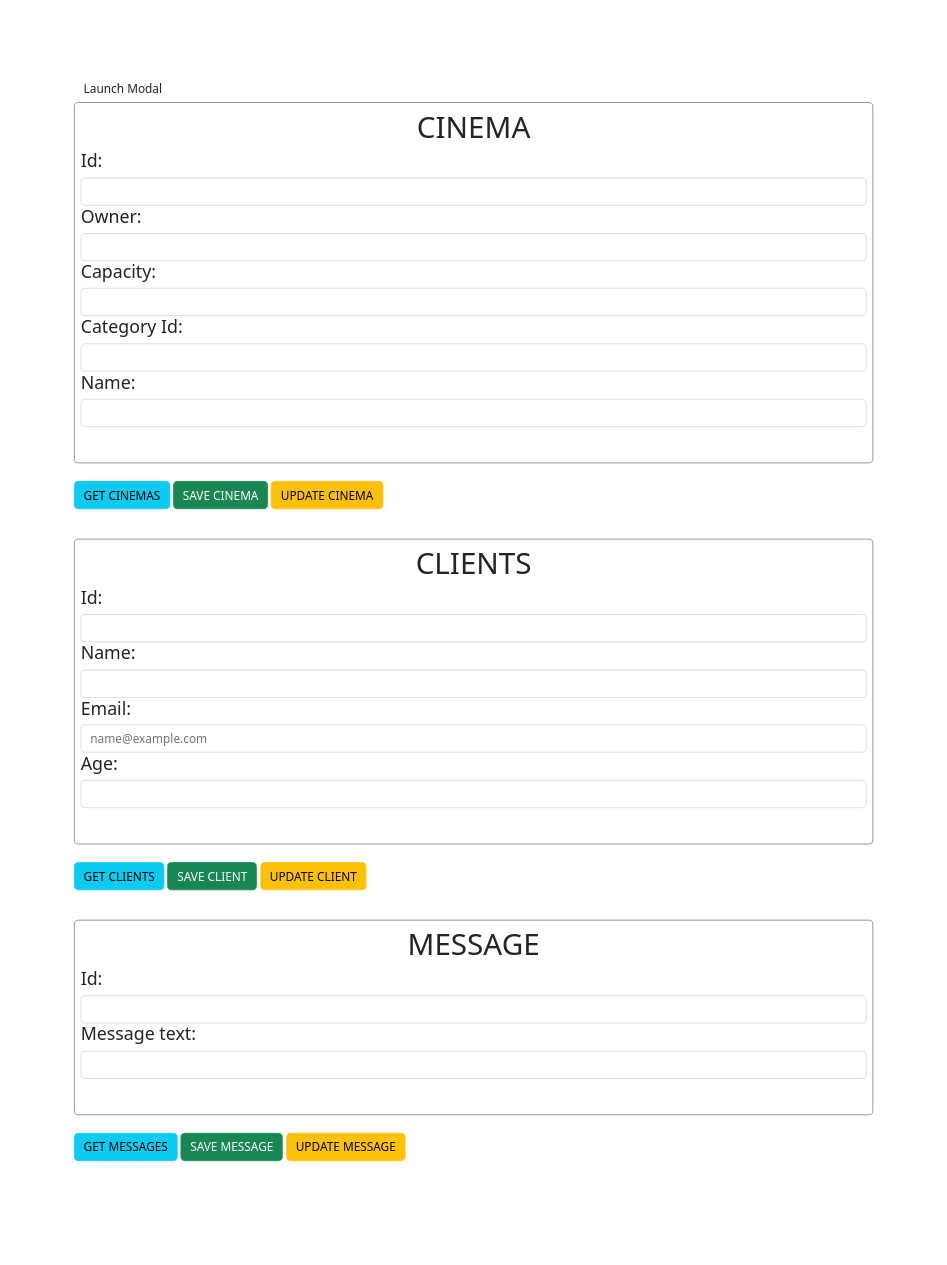
Repository: almendezl/MisionTIC
Page: index.html
These files come from the project's save history. The page is drawn as it stood at one moment and after the next save; the edit follows.
The browser window is 1280 px wide. The pictures show the whole page, at 74% of full size.

Above is the page before, as saved 2022-10-02 15:40:00.
Not found: bootbox.min.js

### index.html
<html lang="en">
<head>
    <meta charset="UTF-8">
    <meta http-equiv="X-UA-Compatible" content="IE=edge">
    <meta name="viewport" content="width=device-width, initial-scale=1.0">
    <link rel="stylesheet" href="styles.css">
    <title>MISION TIC 2022 RETO 2</title>
</head>
<!-- add jquery api -->
<script src="https://ajax.googleapis.com/ajax/libs/jquery/3.6.1/jquery.min.js"></script>
<!-- add bootstrap -->
<link href="https://cdn.jsdelivr.net/npm/bootstrap@5.2.1/dist/css/bootstrap.min.css" rel="stylesheet" integrity="sha384-iYQeCzEYFbKjA/T2uDLTpkwGzCiq6soy8tYaI1GyVh/UjpbCx/TYkiZhlZB6+fzT" crossorigin="anonymous">
<!-- add the file with the script -->
<script type="text/javascript" src="myScript.js"></script>
<!-- bootbox code -->
<script src="bootbox.min.js"></script>


<body>

    <a class="btn" data-toggle="modal" href="#myModal">Launch Modal</a>


<div class="modal hide" id="myModal"><!-- note the use of "hide" class -->
  <div class="modal-header">
    <button class="close" data-dismiss="modal">×</button>
    <h3>Modal header</h3>
  </div>
  <div class="modal-body">
    <p>One fine body…</p>
  </div>
  <div class="modal-footer">
    <a href="#" class="btn" data-dismiss="modal">Close</a><!-- note the use of "data-dismiss" -->
    <a href="#" class="btn btn-primary">Save changes</a>
  </div>
</div>
    <!-- cinema front -->
    <div class=" p-2 rounded border border-secondary" >
        <h1 class="text-center">CINEMA</h1>

        <form action="">
            <div class="form-group">
                <h4 class="label label-default" >Id: </h4>
                <input class="form-control" type="number" id="cinemaId">
            </div>

            <div class="form-group">
                <h4 class="label label-default" >Owner: </h4>
                <input class="form-control" type="text" id="cinemaOwner">
            </div>

            <div class="form-group">
                <h4 class="label label-default" >Capacity: </h4>
                <input class="form-control" type="number" id="cinemaCapacity" >
            </div>

            <div class="form-group">
                <h4 class="label label-default" >Category Id: </h4>
                <input class="form-control" type="number" id="cinemaCategory">
            </div>

            <div class="form-group">
                <h4 class="label label-default" >Name: </h4>
                <input class="form-control" type="text" id="cinemaName"><br>
            </div>

        </form>
    </div>
    <br>
    <div id="cinemaAlert">

    </div>



    <button class="btn btn-info" onclick="getCinemas()">GET CINEMAS</button>

    <button class="btn btn-success" onclick="setCinema()">SAVE CINEMA</button>

    <button class="btn btn-warning" onclick="updateCinema()">UPDATE CINEMA</button><br><br>


    <table class="table table-striped" id="cinemasList">


    </table>

    <!-- Clients front  -->
    <div class=" p-2 rounded border border-secondary" >
    <h1 class="text-center">CLIENTS</h1>
        <form action="">
            <div class="form-group">
                <h4 class="label label-default" >Id: </h4>
                <input class="form-control" type="number" id="clientId">
            </div>

            <div class="form-group">
                <h4 class="label label-default" >Name: </h4>
                <input class="form-control" type="text" id="clientName">
            </div>

            <div class="form-group">
                <h4 class="label label-default" >Email: </h4>
                <input class="form-control" type="text" id="clientEmail" placeholder="name@example.com">
            </div>

            <div class="form-group">
                <h4 class="label label-default" >Age: </h4>
                <input class="form-control" type="number" id="clientAge"><br>
            </div>

        </form>
    </div>
    <br>

    <div id="clientAlert">

    </div>



    <button class="btn btn-info" onclick="getClients()">GET CLIENTS</button>

    <button class="btn btn-success" onclick="setClient()">SAVE CLIENT</button>

    <button class="btn btn-warning" onclick="updateClient()">UPDATE CLIENT</button><br><br>


    <table class="table table-striped" id="clientsList">


    </table>

    <!-- Message front  -->
    <div class=" p-2 rounded border border-secondary" >
        <h1 class="text-center">MESSAGE</h1>

        <form action="" >
            <div class="form-group">
                <h4 class="label label-default" >Id: </h4>
                <input class="form-control" type="number" id="messageId">
            </div>

            <div class="form-group">
                <h4 class="label label-default" >Message text: </h4>
                <input class="form-control" type="text" id="messageText"><br>
            </div>


        </form>
    </div>
    <br>

    <div id="messageAlert">

    </div>



    <button class="btn btn-info" onclick="getMessages()">GET MESSAGES</button>

    <button class="btn btn-success" onclick="setMessage()">SAVE MESSAGE</button>

    <button class="btn btn-warning" onclick="updateMessage()">UPDATE MESSAGE</button><br><br>


    <table class="table table-striped" id="messagesList">


    </table>

    <!-- Modal eliminar-->
<div class="modal fade" id="exampleModal" tabindex="-1" role="dialog" aria-labelledby="exampleModalLabel" aria-hidden="true">
    <div class="modal-dialog" role="document">
      <div class="modal-content">
        <div class="modal-header">
          <h5 class="modal-title" id="exampleModalLabel">Delete</h5>
          <button type="button" class="close" data-dismiss="modal" aria-label="Close">
            <span aria-hidden="true">&times;</span>
          </button>
        </div>
        <div class="modal-body">
          ...
        </div>
        <div class="modal-footer">
          <button type="button" class="btn btn-secondary" data-dismiss="modal">Close</button>
          <button type="button" class="btn btn-primary">Delete</button>
        </div>
      </div>
    </div>
  </div>

</body>
</html>

### styles.css
body {

    padding: 100px 100px;
  }

### myScript.js
let urlCinema = "https://gbc0751b79176df-fy68ude9ajgxmklv.adb.us-ashburn-1.oraclecloudapps.com/ords/admin/cinema/cinema";
let urlClient = "https://gbc0751b79176df-fy68ude9ajgxmklv.adb.us-ashburn-1.oraclecloudapps.com/ords/admin/client/client";
let urlMessage = "https://gbc0751b79176df-fy68ude9ajgxmklv.adb.us-ashburn-1.oraclecloudapps.com/ords/admin/message/message";

let modalDelete ="data-toggle='modal' data-target='#messageModal'";
/**
 * ----------------CINEMAS ---------------------
 */

function prueba(){
    bootbox.alert("Hello world!");
}
function getCinemas(){

    $.ajax({
        url:  urlCinema,
        type: 'GET',
        dataType: 'json',

        success: function(cinemas){
            console.log(cinemas);
            let cs= cinemas.items;
            //$('#clientsList').append("<h2>Clients List</h2>");
            $('#cinemasList').empty();
            if(cs.length > 0){

                $('#cinemasList').append("<thead><tr><th scope='col'>Id</th><th scope='col'>Owner</th><th scope='col'>Capacity</th><th scope='col'>Category Id</th> <th scope='col'>Name</th><th scope='col'>Option</th></tr></thead><tbody></tbody>");
                for(i = 0; i<cs.length; i++){

                    $('#cinemasList').append("<tr><th scope='row'>"+cs[i].id+"</th><td>"+cs[i].owner+"</td><td>"+cs[i].capacity+"</td><td>"+cs[i].category_id+"</td><td>"+cs[i].name+"</td><td>"+"<button class='btn btn-danger' onclick='prueba()' data-toggle='modal' data-target='#messageModal'>DELETE</button></td></tr>");

                }
            }else{
                $('#cinemasList').append("<h4 class='text-center'>No entries</h4>");
            }

        },
        error: function(xhr, status){
            alert("A problem has occurred");
        },
        complete: function(xhr, status){
            //alert("Request made");
        }
    });

}

function setCinema(){

    let id = $("#cinemaId").val();
    let owner = $("#cinemaOwner").val();
    let capacity = $("#cinemaCapacity").val();
    let category = $("#cinemaCategory").val();
    let name = $("#cinemaName").val();

    $("#cinemaAlert").empty();
    if (id != "" && owner != "" && capacity != "" && category != "" && name != ""){
        let data = {
            id: id,
            owner: owner,
            capacity: capacity,
            category_id: category,
            name: name

        };

        let dataToSend = JSON.stringify(data);

        console.log(dataToSend);

        $.ajax({
            url: urlCinema,
            type: 'POST',
            //dataType: 'json',
            data: dataToSend,
             contentType: "application/json",

            success: function(json){
                console.log(json);
                //Clean the inputs
                $("#cinemaId").val('');
                $("#cinemaOwner").val('');
                $("#cinemaCapacity").val('');
                $("#cinemaCategory").val('');
                $("#cinemaName").val('');
                getCinemas();
            },
            error: function(xhr, status){
                //alert("A problem has occurred");

            },
            complete: function(xhr, status){
                //alert("Request made");

            }
        });

    }else{
        $("#cinemaAlert").append("<div class='alert alert-danger' role='alert'>There can be no empty fields!</div>");
    }



}

function updateCinema(){
    let id = $("#cinemaId").val();
    let owner = $("#cinemaOwner").val();
    let capacity = $("#cinemaCapacity").val();
    let category = $("#cinemaCategory").val();
    let name = $("#cinemaName").val();

    let data = {
        id: id,
        owner: owner,
        capacity: capacity,
        category_id: category,
        name: name

    };

    let dataToSend = JSON.stringify(data);

    console.log(dataToSend);

    $.ajax({
        url: urlCinema,
        type: 'PUT',
        //dataType: 'json',
        data: dataToSend,
        contentType: "application/json",

        success: function(json){
            console.log(json);
            //Clean the inputs
            $("#cinemaId").val('');
            $("#cinemaOwner").val('');
            $("#cinemaCapacity").val('');
            $("#cinemaCategory").val('');
            $("#cinemaName").val('');
            getCinemas();
        },
        error: function(xhr, status){
            //alert("A problem has occurred");

        },
        complete: function(xhr, status){
            //alert("Request made");

        }
    });
}

function deleteCinema(cinemaId){


    let data = {
        id: cinemaId

    };

    let dataToSend = JSON.stringify(data);

    console.log(dataToSend);

    $.ajax({
        url: urlCinema,
        type: 'DELETE',
        //dataType: 'json',
        data: dataToSend,
        contentType: "application/json",

        success: function(json){
            console.log(json);
            //Clean the inputs
            $("#cinemaId").val('');
            $("#cinemaOwner").val('');
            $("#cinemaCapacity").val('');
            $("#cinemaCategory").val('');
            $("#cinemaName").val('');
            getCinemas();
        },
        error: function(xhr, status){
            //alert("A problem has occurred");

        },
        complete: function(xhr, status){
            //alert("Request made");

        }
    });
}

/**
 * ----------------CLIENTS ---------------------
 */

function getClients(){

    $.ajax({
        url: urlClient,
        type: 'GET',
        dataType: 'json',

        success: function(clients){
            console.log(clients);
            let cs= clients.items;
            //$('#clientsList').append("<h2>Clients List</h2>");
            $('#clientsList').empty();
            if(cs.length > 0){
                $('#clientsList').append("<thead><tr><th scope='col'>Id</th><th scope='col'>Name</th><th scope='col'>Email</th><th scope='col'>Age</th> <th scope='col'>Option</th></tr></thead><tbody></tbody>");
                for(i = 0; i<cs.length; i++){
                    //$('#clientsList').append("<b>"+cs[i].id+" "+cs[i].name+" </b> "+cs[i].email+"   <button class='btn btn-danger'    onclick='deleteClient("+cs[i].id+")'>DELETE</button>"+"<br>");
                    $('#clientsList').append("<tr><th scope='row'>"+cs[i].id+"</th><td>"+cs[i].name+"</td><td>"+cs[i].email+"</td><td>" +cs[i].age+"</td><td>"+"<button class='btn btn-danger' onclick='deleteClient("+cs[i].id+")'>DELETE</button></td></   tr>");

                }
            }else{
                $('#clientsList').append("<h4 class='text-center'>No entries</h4>");
            }

        },
        error: function(xhr, status){
            alert("A problem has occurred");
        },
        complete: function(xhr, status){
            //alert("Request made");
        }
    });

}

function setClient(){

    let clientId = $("#clientId").val();
    let clientName = $("#clientName").val();
    let clientEmail = $("#clientEmail").val();
    let clientAge = $("#clientAge").val();
    $("#clientAlert").empty();

    if(clientId != '' && clientName != '' && clientEmail != '' && clientAge != '' ){
        let data = {
            id: clientId,
            name: clientName,
            email: clientEmail,
            age: clientAge

        };

        let dataToSend = JSON.stringify(data);

        console.log(dataToSend);

        $.ajax({
            url: urlClient,
            type: 'POST',
            //dataType: 'json',
            data: dataToSend,
             contentType: "application/json",

            success: function(json){
                console.log(json);
                //Clean the inputs
                $("#clientId").val('');
                $("#clientName").val('');
                $("#clientEmail").val('');
                $("#clientAge").val('');
                getClients();
            },
            error: function(xhr, status){
                //alert("A problem has occurred");

            },
            complete: function(xhr, status){
                //alert("Request made");

            }
        });
    } else{
        $("#clientAlert").append("<div class='alert alert-danger' role='alert'>There can be no empty fields!</div>");
    }





}

function updateClient(){
    let clientId = $("#clientId").val();
    let clientName = $("#clientName").val();
    let clientEmail = $("#clientEmail").val();
    let clientAge = $("#clientAge").val();

    let data = {
        id: clientId,
        name: clientName,
        email: clientEmail,
        age: clientAge

    };

    let dataToSend = JSON.stringify(data);

    console.log(dataToSend);

    $.ajax({
        url:urlClient,
        type: 'PUT',
        //dataType: 'json',
        data: dataToSend,
        contentType: "application/json",

        success: function(json){
            console.log(json);
            //Clean the inputs
            $("#clientId").val('');
            $("#clientName").val('');
            $("#clientEmail").val('');
            $("#clientAge").val('');
            getClients();
        },
        error: function(xhr, status){
            //alert("A problem has occurred");

        },
        complete: function(xhr, status){
            //alert("Request made");

        }
    });
}

function deleteClient(clientId){


    let data = {
        id: clientId

    };

    let dataToSend = JSON.stringify(data);

    console.log(dataToSend);

    $.ajax({
        url:urlClient,
        type: 'DELETE',
        //dataType: 'json',
        data: dataToSend,
        contentType: "application/json",

        success: function(json){
            console.log(json);
            //Clean the inputs
            $("#clientId").val('');
            $("#clientName").val('');
            $("#clientEmail").val('');
            $("#clientAge").val('');
            getClients();
        },
        error: function(xhr, status){
            //alert("A problem has occurred");

        },
        complete: function(xhr, status){
            //alert("Request made");

        }
    });
}

/**
 * ----------------MESSAGE ---------------------
 */

 function getMessages(){

    $.ajax({
        url: urlMessage,
        type: 'GET',
        dataType: 'json',

        success: function(clients){
            console.log(clients);
            let cs= clients.items;
            //$('#clientsList').append("<h2>Clients List</h2>");
            $('#messagesList').empty();
           if(cs.length > 0){
                $('#messagesList').append("<thead><tr><th scope='col'>Id</th><th scope='col'>Message text</th><th scope='col'>Option</th></tr></thead><tbody></tbody>");
                 for(i = 0; i<cs.length; i++){

                     $('#messagesList').append("<tr><th scope='row'>"+cs[i].id+"</th><td>"+cs[i].messagetext+"</td><td>"+"<button       class='btn btn-danger' onclick='deleteMessage("+cs[i].id+")'>DELETE</button></td></tr>");

                 }
           }else{
            $('#messagesList').append("<h4 class='text-center'>No entries</h4>");
           }

        },
        error: function(xhr, status){
            alert("A problem has occurred");
        },
        complete: function(xhr, status){
            //alert("Request made");
        }
    });

}

function setMessage(){
    let id = $("#messageId").val();
    let messageText = $("#messageText").val();
    $("#messageAlert").empty();

    if(id != '' && messageText != ''){
        let data = {
            id: id,
            messagetext: messageText,

        };

        let dataToSend = JSON.stringify(data);

        console.log(dataToSend);

        $.ajax({
            url: urlMessage,
            type: 'POST',
            //dataType: 'json',
            data: dataToSend,
             contentType: "application/json",

            success: function(json){
                console.log(json);
                //Clean the inputs
                $("#messageId").val('');
                $("#messageText").val('');
                getMessages();
            },
            error: function(xhr, status){
                //alert("A problem has occurred");

            },
            complete: function(xhr, status){
                //alert("Request made");

            }
        });

    } else{
        $("#messageAlert").append("<div class='alert alert-danger' role='alert'>There can be no empty fields!</div>");
    }




}

function updateMessage(){
    let id = $("#messageId").val();
    let messageText = $("#messageText").val();

    let data = {
        id: id,
        messagetext: messageText,

    };

    let dataToSend = JSON.stringify(data);

    console.log(dataToSend);

    $.ajax({
        url:urlMessage,
        type: 'PUT',
        //dataType: 'json',
        data: dataToSend,
        contentType: "application/json",

        success: function(json){
            console.log(json);
            //Clean the inputs
            $("#messageId").val('');
            $("#messageText").val('');
            getMessages();
        },
        error: function(xhr, status){
            //alert("A problem has occurred");

        },
        complete: function(xhr, status){
            //alert("Request made");

        }
    });
}

function deleteMessage(messageId){


    let data = {
        id: messageId

    };

    let dataToSend = JSON.stringify(data);

    console.log(dataToSend);

    $.ajax({
        url:urlMessage,
        type: 'DELETE',
        //dataType: 'json',
        data: dataToSend,
        contentType: "application/json",

        success: function(json){
            console.log(json);
            //Clean the inputs
            $("#messageId").val('');
            $("#messageText").val('');
            getMessages();
        },
        error: function(xhr, status){
            //alert("A problem has occurred");

        },
        complete: function(xhr, status){
            //alert("Request made");

        }
    });
}

After the next save:
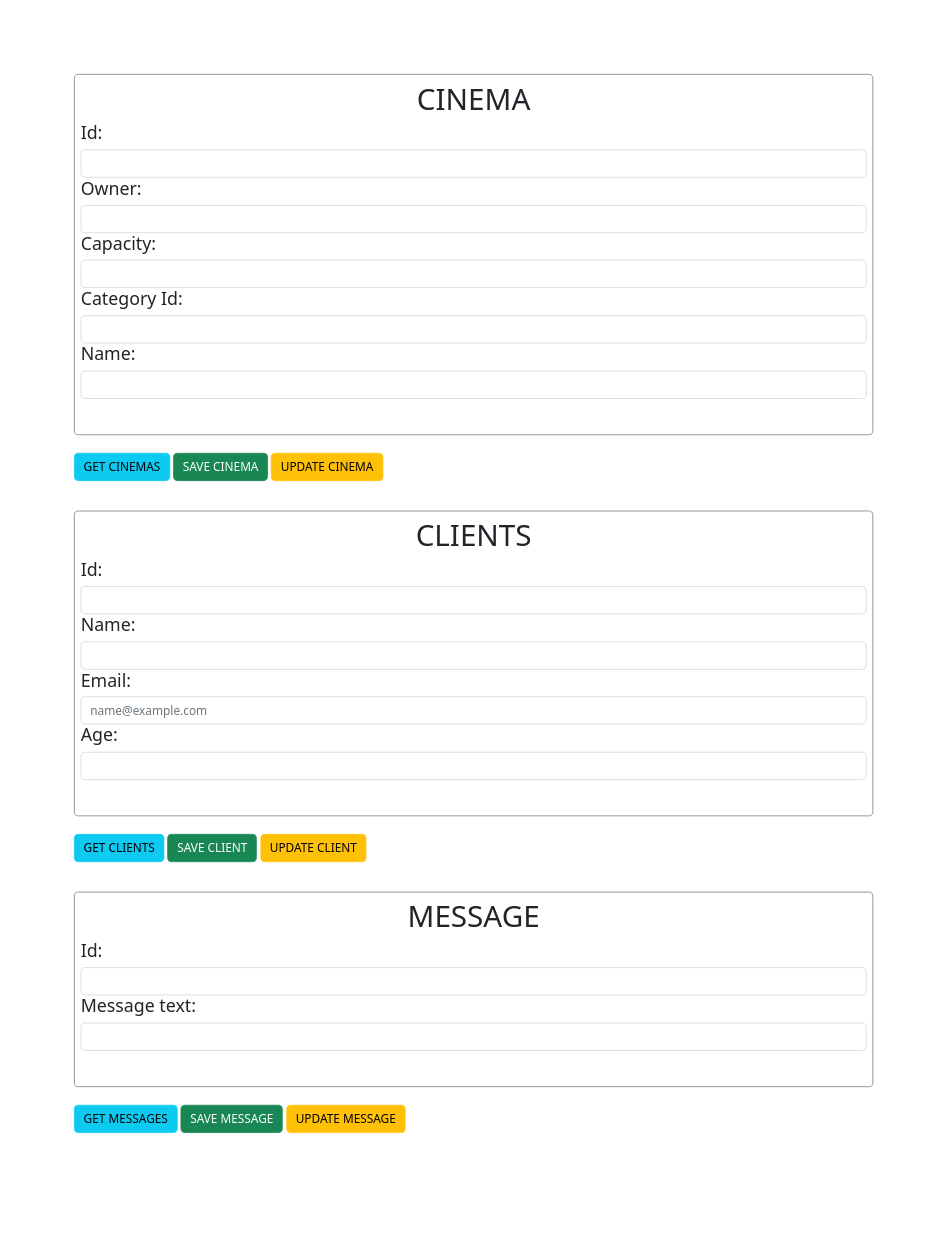
Saved 78 s later.
--- a/index.html
+++ b/index.html
@@ -12,28 +12,9 @@
 <link href="https://cdn.jsdelivr.net/npm/bootstrap@5.2.1/dist/css/bootstrap.min.css" rel="stylesheet" integrity="sha384-iYQeCzEYFbKjA/T2uDLTpkwGzCiq6soy8tYaI1GyVh/UjpbCx/TYkiZhlZB6+fzT" crossorigin="anonymous">
 <!-- add the file with the script -->
 <script type="text/javascript" src="myScript.js"></script>
-<!-- bootbox code -->
-<script src="bootbox.min.js"></script>
 
 
 <body>
-
-    <a class="btn" data-toggle="modal" href="#myModal">Launch Modal</a>
-
-
-<div class="modal hide" id="myModal"><!-- note the use of "hide" class -->
-  <div class="modal-header">
-    <button class="close" data-dismiss="modal">×</button>
-    <h3>Modal header</h3>
-  </div>
-  <div class="modal-body">
-    <p>One fine body…</p>
-  </div>
-  <div class="modal-footer">
-    <a href="#" class="btn" data-dismiss="modal">Close</a><!-- note the use of "data-dismiss" -->
-    <a href="#" class="btn btn-primary">Save changes</a>
-  </div>
-</div>
     <!-- cinema front -->
     <div class=" p-2 rounded border border-secondary" >
         <h1 class="text-center">CINEMA</h1>
